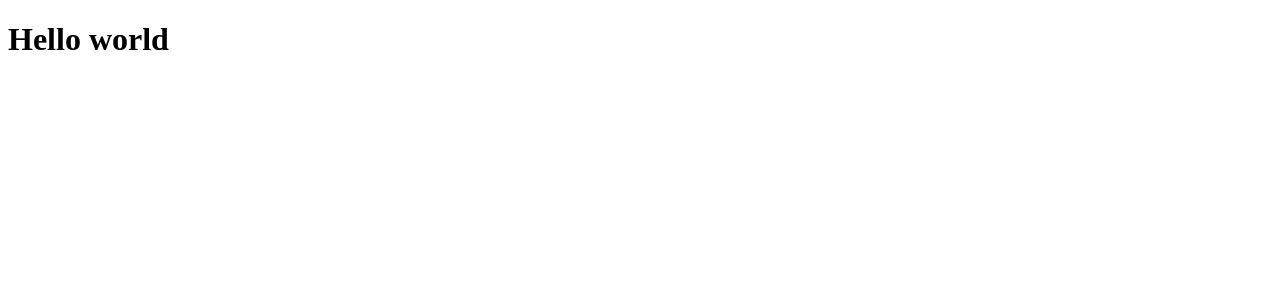
Repository: Rohitsenpai01/Quiz-Manangement-System
Page: http://localhost/WebQuizApp/
These files come from the project's save history. The page is drawn as it stood at one moment and after the next save; the edit follows.
The browser window is 1280 px wide. The pictures show the whole page.
The page is served by Tomcat 9.

Above is the page before, as saved 2025-12-28 06:56:54.

After the next save:
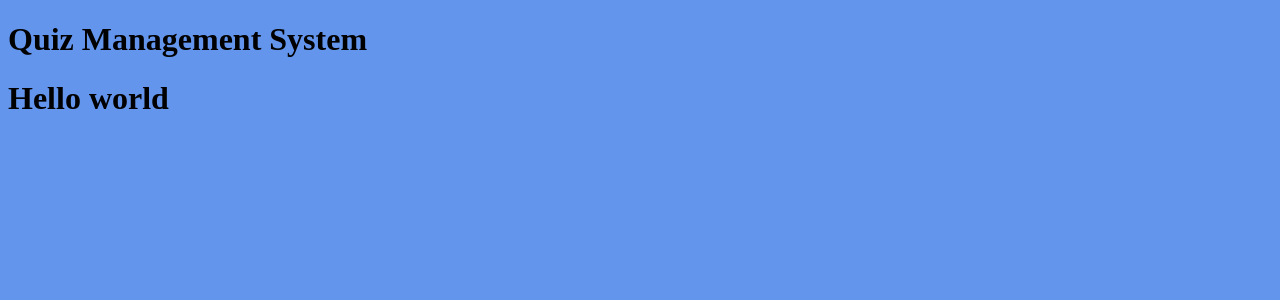
Saved 83 s later.
--- a/WebQuizApp/WebQuizApp/src/main/webapp/index.jsp
+++ b/WebQuizApp/WebQuizApp/src/main/webapp/index.jsp
@@ -6,7 +6,8 @@
 <meta charset="UTF-8">
 <title>Insert title here</title>
 </head>
-<body>
+<body bgcolor="${initParam.theme}">
+	<h1>${initParam.appTitle}</h1>
 	<h1>Hello world</h1>
 </body>
 </html>
